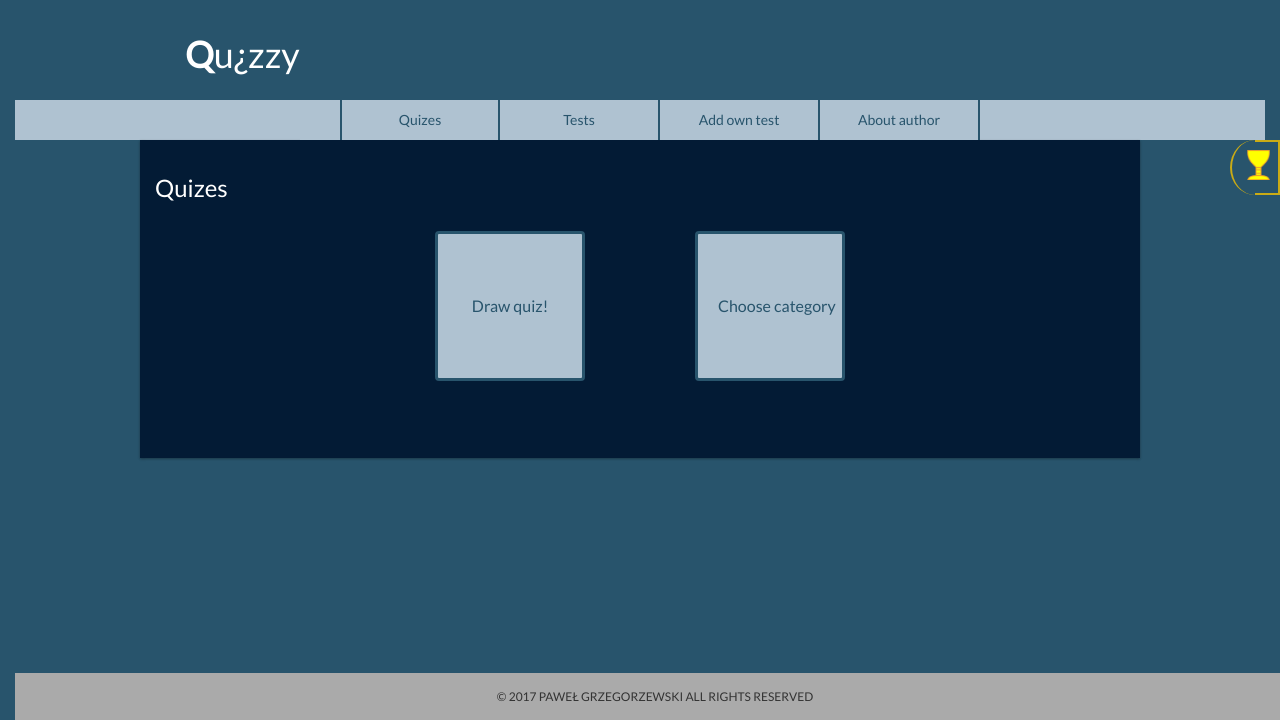
Repository: pgrzegorzewski/quiz
Page: http://localhost/app/quiz.php
An editor plug-in stored every save of this project. The page is shown before and after the next save, followed by the edit.
The browser window is 1280 px wide. The pictures show the whole page.
Some web libraries are served in a nearby version. The page is run by PHP 8.4 with error messages shown; the project is at /var/www/html/.

Above is the page before, as saved 2017-04-22 14:04:46.

After the next save:
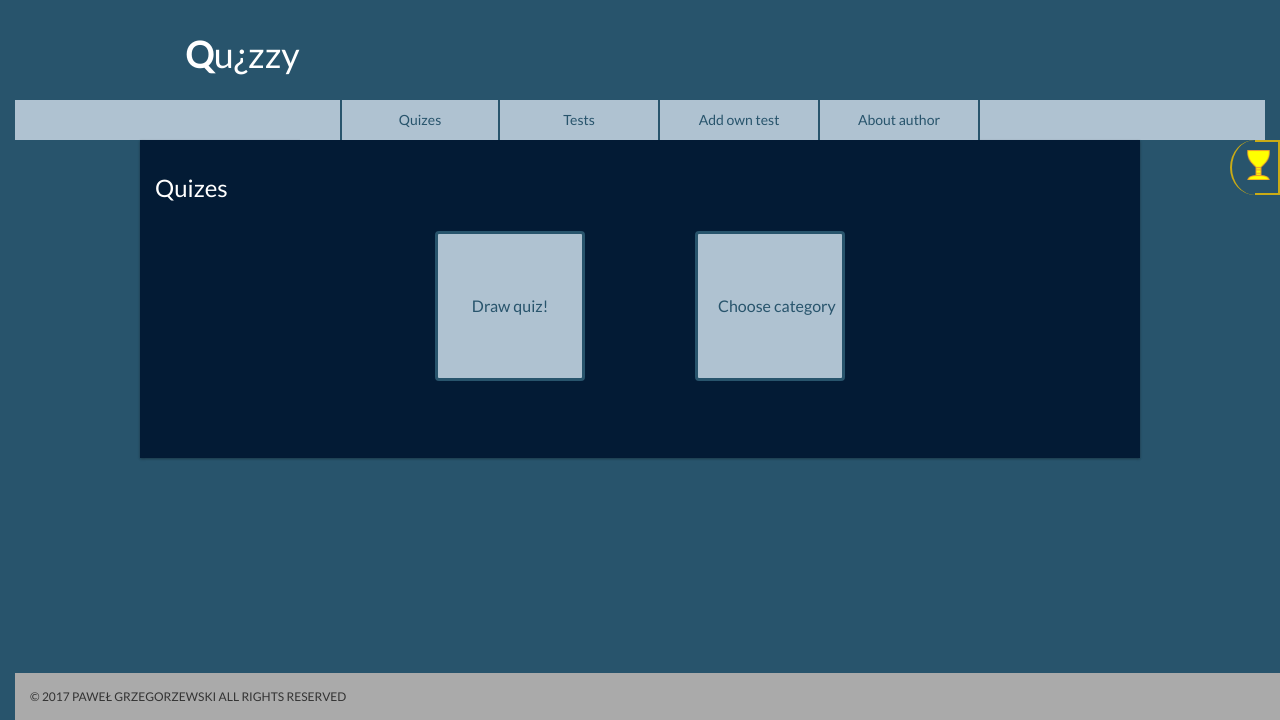
Saved 9 s later.
--- a/htdocs/app/learningapp/css/index.css
+++ b/htdocs/app/learningapp/css/index.css
@@ -122,14 +122,6 @@
 	width:100%;
 	background-color:#AFC2D1;
 	text-align: center;
-}
-
-.footer
-{
-	width:100%;
-	background-color:#AFC2D1;
-	text-align: center;
-	vertical-align:center;
 }
 
 .nav ol

After the save that followed:
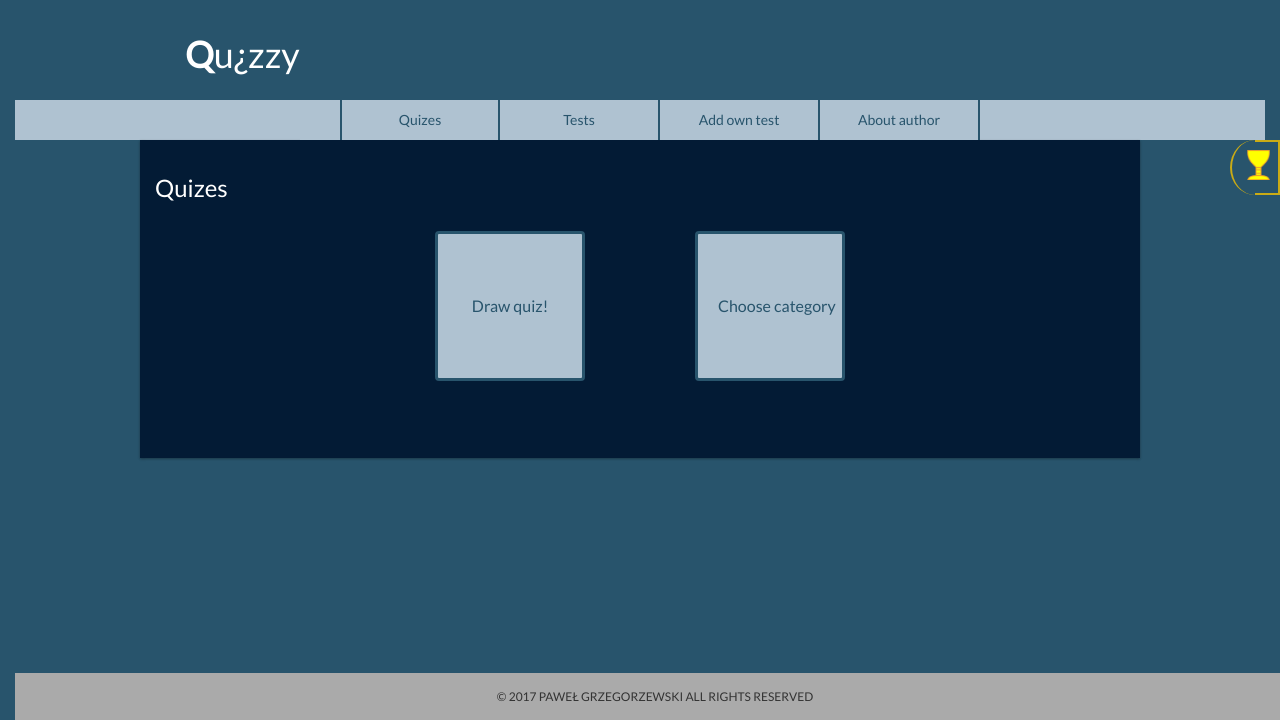
Saved 33 s later.
--- a/htdocs/app/learningapp/css/index.css
+++ b/htdocs/app/learningapp/css/index.css
@@ -243,7 +243,8 @@
     padding: 15px;
     bottom: 0;
     position : fixed;
-    width:100%
+    width:100%;
+    text-align:center;
 
 }
 
